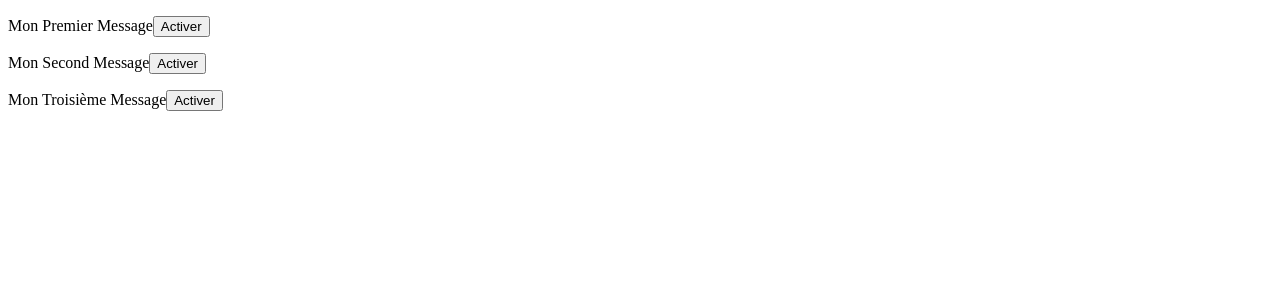
Repository: Symfomany/demoredux
Page: /, after clicking the first element matching `button`
These files come from the project's save history. The page is drawn as it stood at one moment and after the next save; the edit follows.
The browser window is 1280 px wide. The pictures show the whole page.
The project was rebuilt for these pictures with package versions that can differ from the ones it lists, and the page was loaded fresh each time.

Above is the page before, as saved 2018-06-29 07:41:54.

### src/index.js
import React from "react";
import ReactDOM from "react-dom";
import App from "./components/App";
import registerServiceWorker from "./registerServiceWorker";

import { Provider } from "react-redux";
import configureStore from "./store";

// Le provider de redux va fournir le Store pour l'ensemble de nos
// composants
ReactDOM.render(
  <Provider store={configureStore()}>
    <App />
  </Provider>,
  document.getElementById("root")
);
registerServiceWorker();

### src/components/App.js
import React, { Component } from "react";
import MessagesContainer from "../containers/MessagesContainer";

class App extends Component {
  render() {
    return (
      <div>
        <MessagesContainer />
      </div>
    );
  }
}

export default App;

### src/store/index.js
// Créer un Store à partir de la combinaison de Reducers
import { createStore, applyMiddleware } from "redux";
import rootReducer from "../reducers";
import thunk from "redux-thunk";
import { composeWithDevTools } from "redux-devtools-extension";

// Configurer notre arbre de vérite = Store
export default function configureStore() {
  return createStore(rootReducer, composeWithDevTools(applyMiddleware(thunk)));
  //applyMiddleware(thunk)
  // Synchronise le Debuger Chrome Devtools Redux
}

### src/containers/MessagesContainer.js
import React, { Component } from "react";
import { connect } from "react-redux";
import { getMessagesAction } from "../actions";
import Messages from "../components/Messages";

class MessagesContainers extends Component {
  constructor(props) {
    super(props);
    this.state = {};
    this.charger = this.charger.bind(this);
  }
  charger() {
    this.props.getMessages();
  }
  render() {
    return <Messages charger={this.charger} messages={this.props.messages} />;
  }
}

// 1. charger depuis le Store de Redux des données en proriétés
const mapStateToProps = state => ({
  messages: state.MessagesReducer.messages
});

// 2. charger les actions de redux en proriétés
const mapDispatchToProps = dispatch => ({
  getMessages: () => dispatch(getMessagesAction())
});

export default connect(
  mapStateToProps,
  mapDispatchToProps
)(MessagesContainers);

### src/reducers/index.js
// Combiner l'ensemble des reducers pour former un Store
import { combineReducers } from "redux";
import MessagesReducer from "./MessagesReducer";

// Combiner les Reducers en vue de créer un Store
// RootReducer constitue le reducer racine qui va être
// utiliser dans mon Store
const RootReducer = combineReducers({
  MessagesReducer
});

export default RootReducer;

### src/actions/index.js
import { MESSAGES_LIST } from "../constants";

// Toutes les actions utilisateurs sur l'UI

export const getMessagesAction = () => dispatch => {
  return dispatch({
    type: MESSAGES_LIST
  });
};

### src/components/Messages.js
import React, { Component } from "react";

class Messages extends Component {
  constructor(props) {
    super(props);
    this.state = {};
  }
  render() {
    return (
      <div>
        {this.props.messages.length > 0 ? (
          this.props.messages.map(message => (
            <p key={message.id}>
              {message.content}
              <button onClick={this.props.charger}>Activer</button>
            </p>
          ))
        ) : (
          <div>
            <p style={{ color: "red" }}>Aucun Message</p>
            <button onClick={this.props.charger}>Charger les messages</button>
          </div>
        )}
      </div>
    );
  }
}

export default Messages;

### src/reducers/MessagesReducer.js
import { MESSAGES_LIST } from "../constants";

// State initial pour le Reducers des messagges
const initialState = {
  messages: [
    { id: 1, content: "Mon Premier Message" },
    { id: 2, content: "Mon Second Message" },
    { id: 3, content: "Mon Troisième Message" }
  ]
};

// Reducer =  State + Action

export default (state = initialState, action) => {
  switch (action.type) {
    case MESSAGES_LIST:
      return initialState;
    default:
      return {
        messages: []
      };
  }
};

### src/constants/index.js
// Un ensemble de constantes qui seront partagées en
// les Actions et les Reducers
// IL Y AURA QUE DES CONSTANTES EXPORTEES

// Messages que l'on va lister
export const MESSAGES_LIST = "MESSAGES_LIST";

Loaded but not shown: public/index.html (common file); src/registerServiceWorker.js (common file)

After the next save:
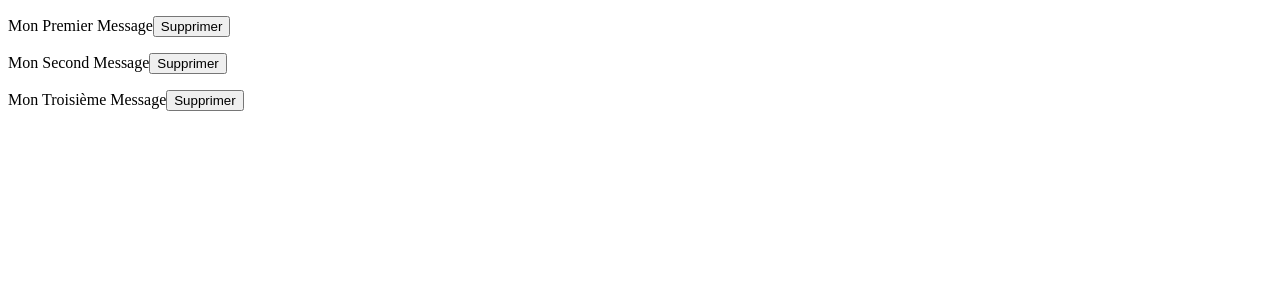
Saved 112 s later.
--- a/src/components/Messages.js
+++ b/src/components/Messages.js
@@ -12,7 +12,7 @@ class Messages extends Component {
           this.props.messages.map(message => (
             <p key={message.id}>
               {message.content}
-              <button onClick={this.props.charger}>Activer</button>
+              <button onClick={this.props.remove}>Supprimer</button>
             </p>
           ))
         ) : (
